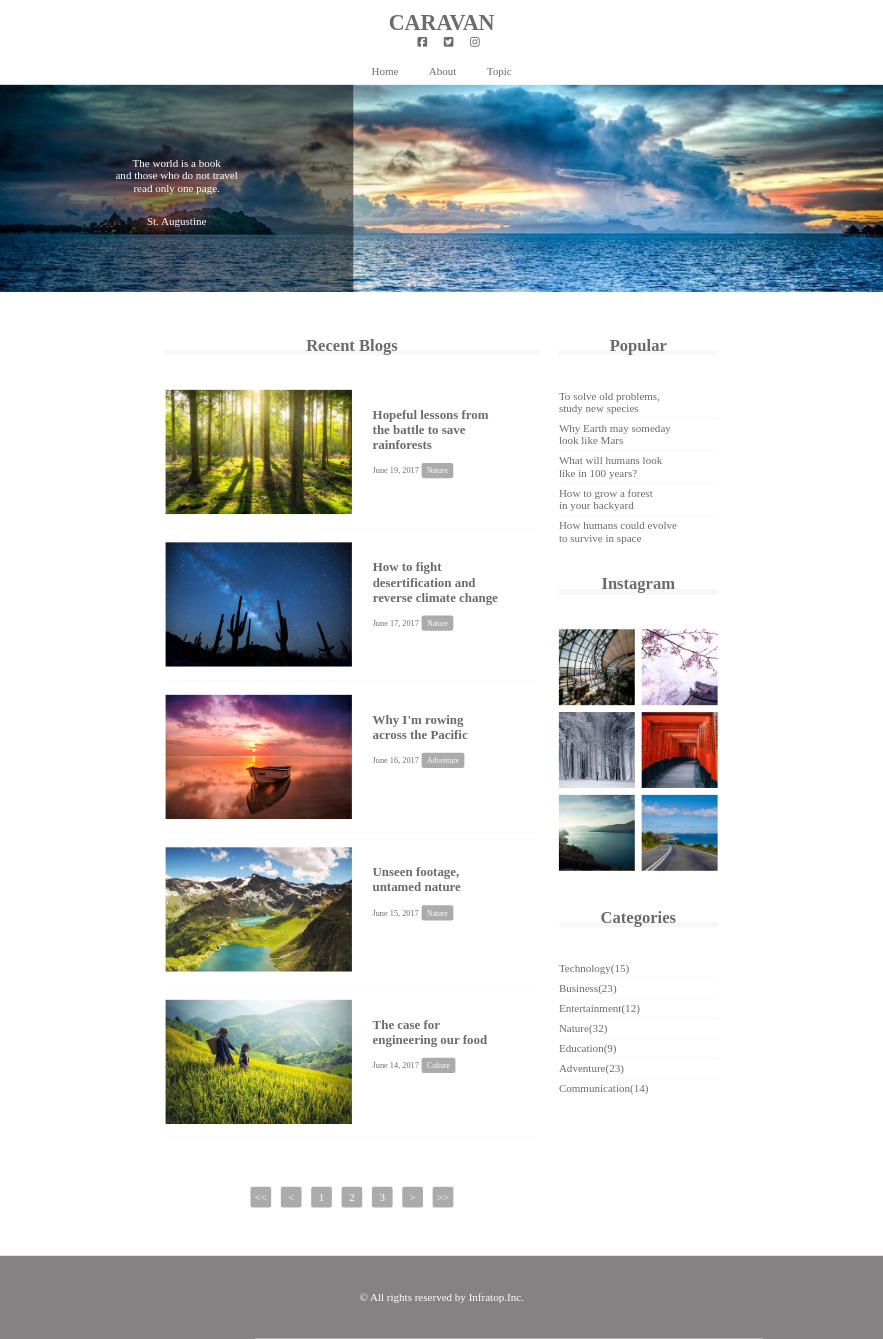
Repository: alamsamiha/html_css
Page: caravan/index.html
The author's editor kept a record of every edit. The page is drawn from the files as they stood at one moment, then again after the next edit.
The browser window is 1280 px wide. The pictures show the whole page, at 69% of full size.
Some web libraries are served in a nearby version.

Above is the page before.

After the next edit:
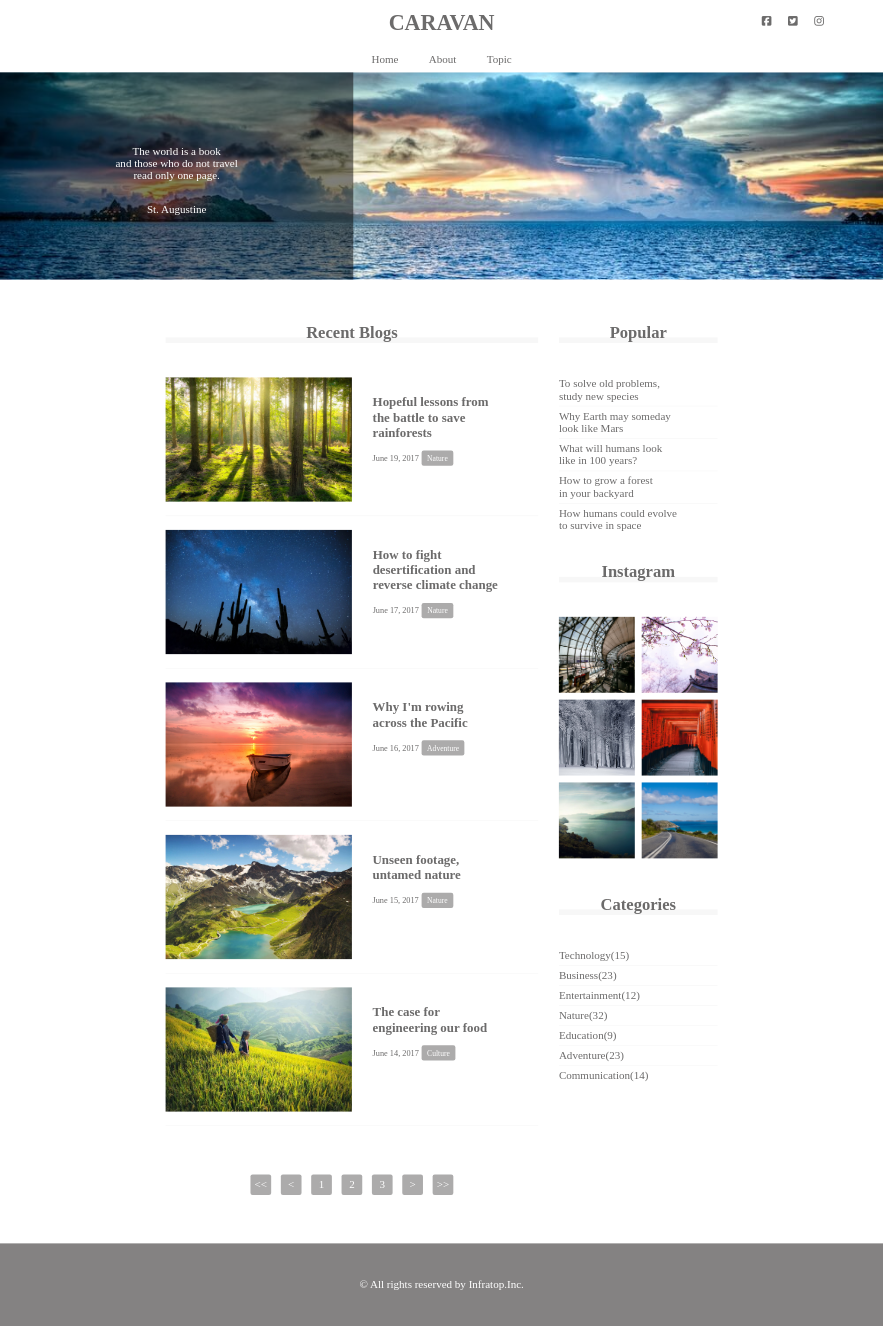
The edit:
--- a/caravan/style.css
+++ b/caravan/style.css
@@ -21,6 +21,12 @@
 header .heading {
   /* headerタグ内のheadingクラスにのみ反映される */
   font-size: 32px;
+}
+
+.social {
+  position: absolute; /* headerの左上を基準に絶対位置で指定する */
+  top: 22px; /* headerの左上から22px下側へ移動する */
+  right: 22px; /* headerの右上から22px左側へ移動する */
 }
 
 .social i {
